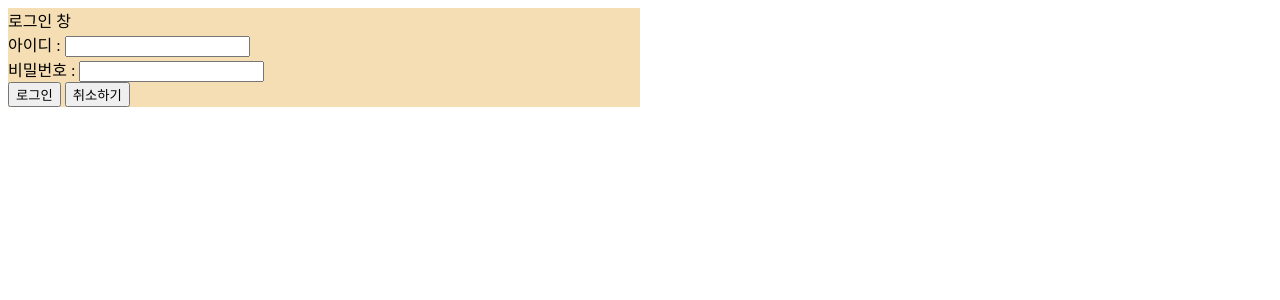
Repository: ineble/demo1
Page: http://localhost/test/hello2.jsp
The author's editor kept a copy of each file at every save. The page is drawn from the files as they stood at one save, then again after the next save.
The browser window is 1280 px wide. The pictures show the whole page.
The page is served by Tomcat 10. Other server files are loaded and not shown.

Above is the page before, as saved 2022-08-03 08:38:19.

### test/src/main/webapp/hello2.jsp
<%@page import="java.time.LocalDateTime"%>
<%@ page language="java" contentType="text/html; charset=utf-8"
    pageEncoding="utf-8"%>
<%! String name = "이순신";
	public String getName() {return name;}
%>
<% String age = request.getParameter("age"); %>
<!DOCTYPE html>
<html>
<head>
<meta charset="utf-8">
<title>Insert title here</title>
<style type="text/css">
	#loginForm{
		width : 50%;
		text-align : 50px;
		background-color: wheat;

	}

</style>
</head>
<body>
	<div id="loginForm">
	<caption>로그인 창</caption>
	<form action="result.jsp" method="post" name="frmLogin" enctype="utf-8">

	아이디 : <input type="text" name="user_id" size="20"> <br>
	비밀번호 : <input type="password" name="user_pw" size="20"> <br>
	<input type="submit" value="로그인">
	<input type="reset" value="취소하기">
	</form>
	</div>
</body>
</html>

After the next save:
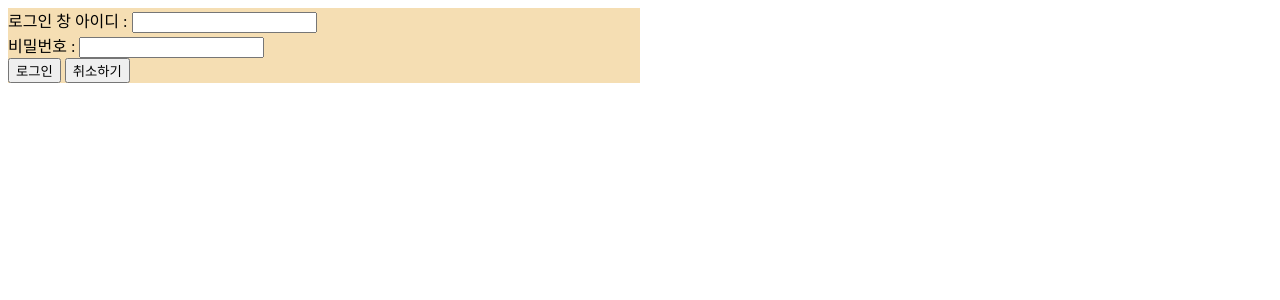
Saved 16 s later.
--- a/test/src/main/webapp/hello2.jsp
+++ b/test/src/main/webapp/hello2.jsp
@@ -22,9 +22,9 @@
 </head>
 <body>
 	<div id="loginForm">
+
+	<form action="result.jsp" method="post" name="frmLogin" enctype="utf-8">
 	<caption>로그인 창</caption>
-	<form action="result.jsp" method="post" name="frmLogin" enctype="utf-8">
-
 	아이디 : <input type="text" name="user_id" size="20"> <br>
 	비밀번호 : <input type="password" name="user_pw" size="20"> <br>
 	<input type="submit" value="로그인">
